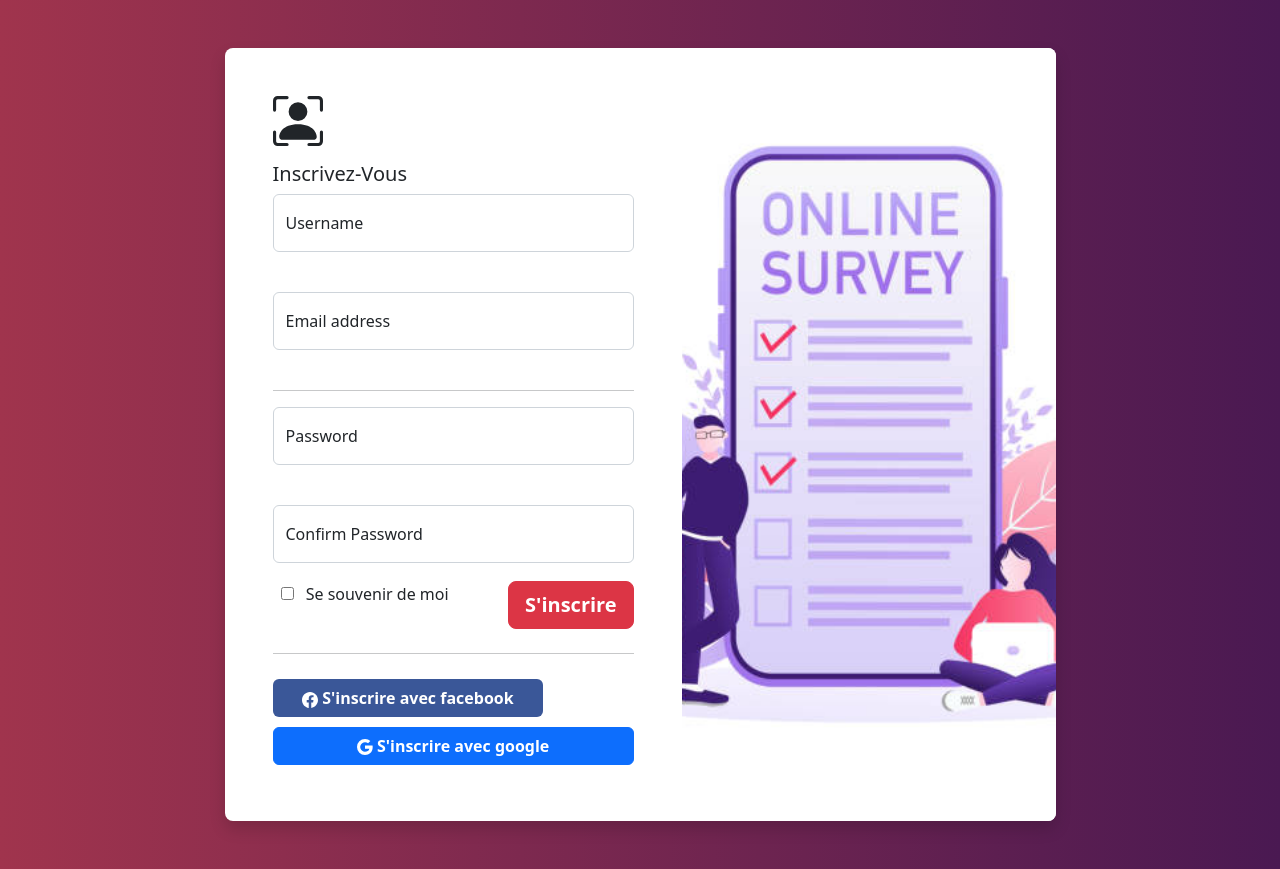
Repository: Djiamil/testsMoustaphaDER
Page: index.html
An editor plug-in stored every save of this project. The page is shown before and after the next save, followed by the edit.
The browser window is 1280 px wide. The pictures show the whole page.

Above is the page before, as saved 2022-12-09 01:00:14.

After the next save:
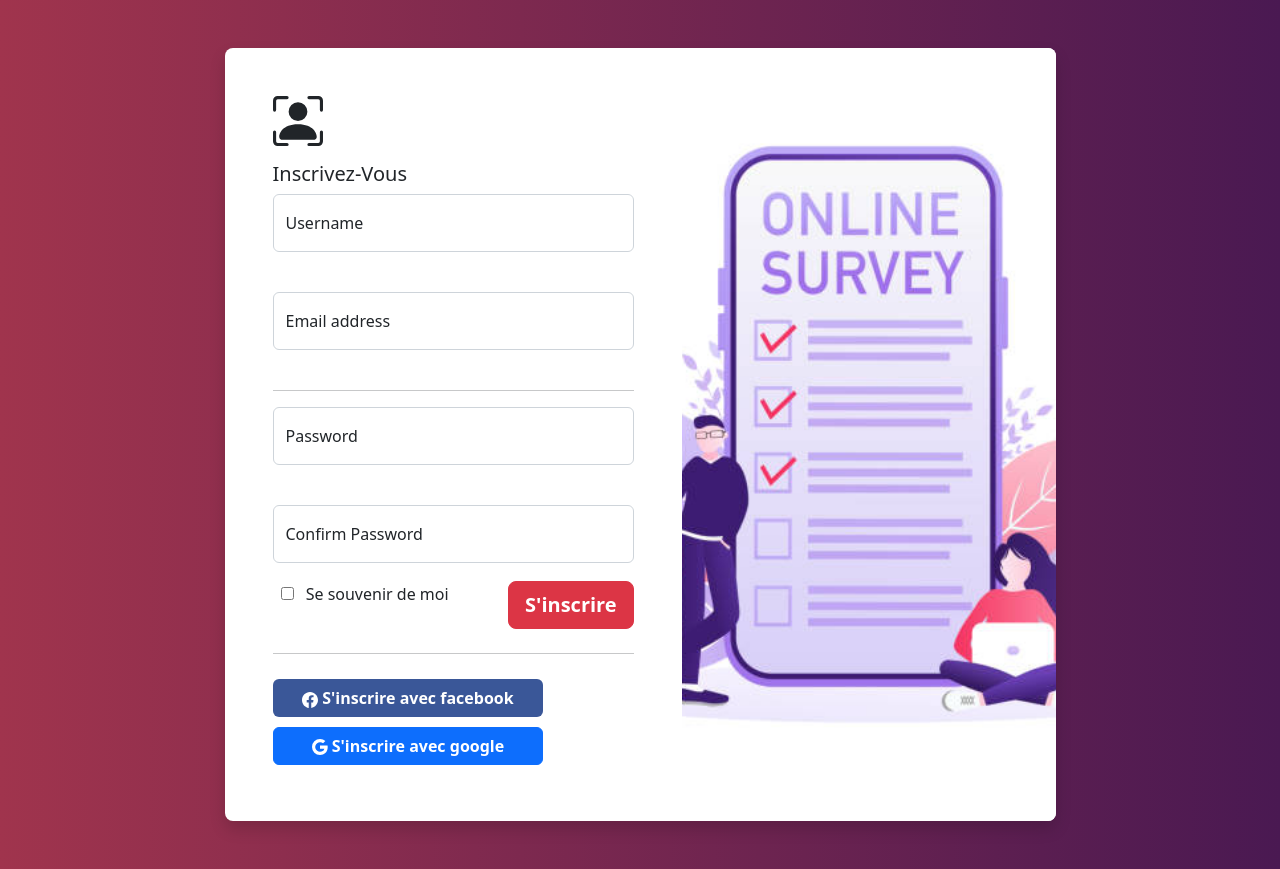
Saved 34 s later.
--- a/index.html
+++ b/index.html
@@ -66,7 +66,7 @@
                             S'inscrire avec facebook
                         </button>
                     </div>
-                    <div class="d-grid mb-2">
+                    <div class="d-grid mb-2 w-75">
                         <button class="btn btn-primary fw-bold ">
                             <svg xmlns="http://www.w3.org/2000/svg" width="16" height="16" fill="currentColor" class="bi bi-google" viewBox="0 0 16 16">
                                 <path d="M15.545 6.558a9.42 9.42 0 0 1 .139 1.626c0 2.434-.87 4.492-2.384 5.885h.002C11.978 15.292 10.158 16 8 16A8 8 0 1 1 8 0a7.689 7.689 0 0 1 5.352 2.082l-2.284 2.284A4.347 4.347 0 0 0 8 3.166c-2.087 0-3.86 1.408-4.492 3.304a4.792 4.792 0 0 0 0 3.063h.003c.635 1.893 2.405 3.301 4.492 3.301 1.078 0 2.004-.276 2.722-.764h-.003a3.702 3.702 0 0 0 1.599-2.431H8v-3.08h7.545z"/>
